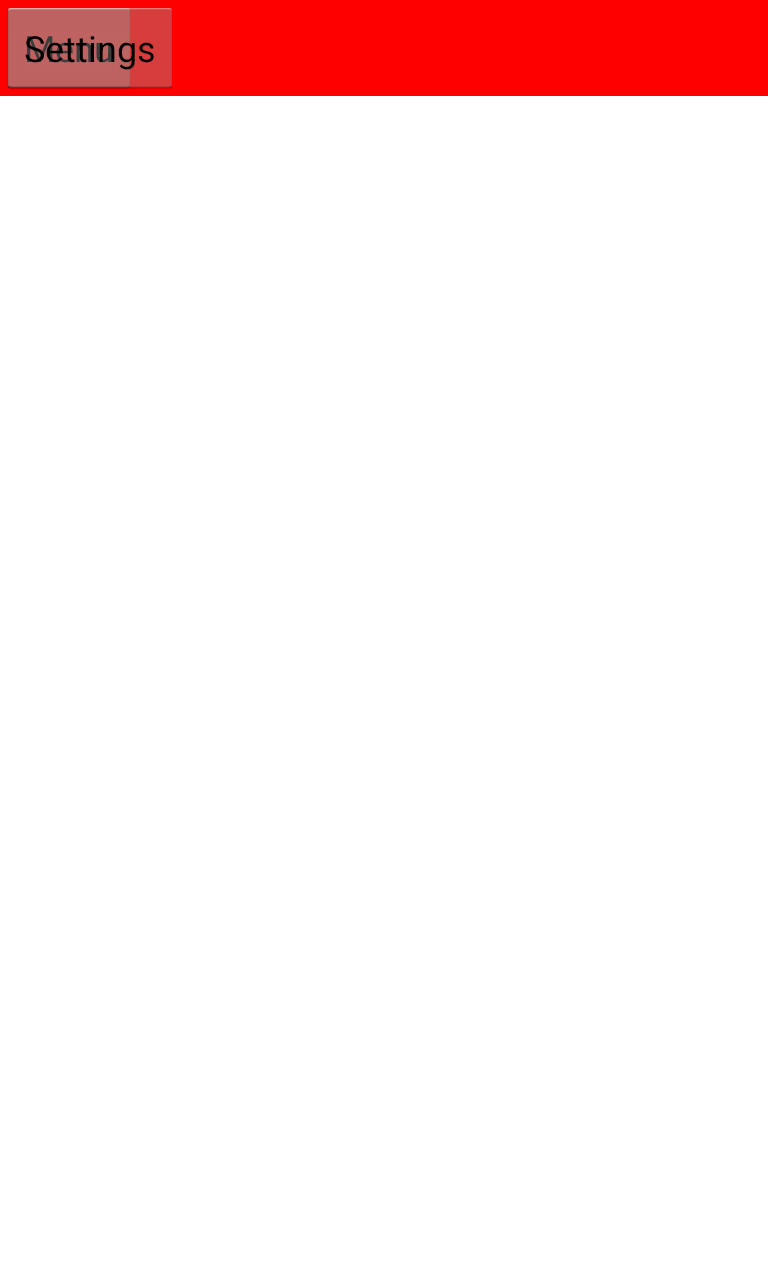
Repository: sbobra/women-startupweekend-sf
Layout: LaundryList/res/layout/activity_explore.xml
An editor plug-in stored every save of this project. The layout is shown before and after a run of saves, followed by the edit.
It is drawn on a 768 x 1280 px phone screen (xhdpi) without system bars, with theme AppTheme; the app's code is not run. Lists and similar views that code fills are empty.

Above is the layout before, as saved 2013-09-15 03:21:24.

After the next 2 saves:
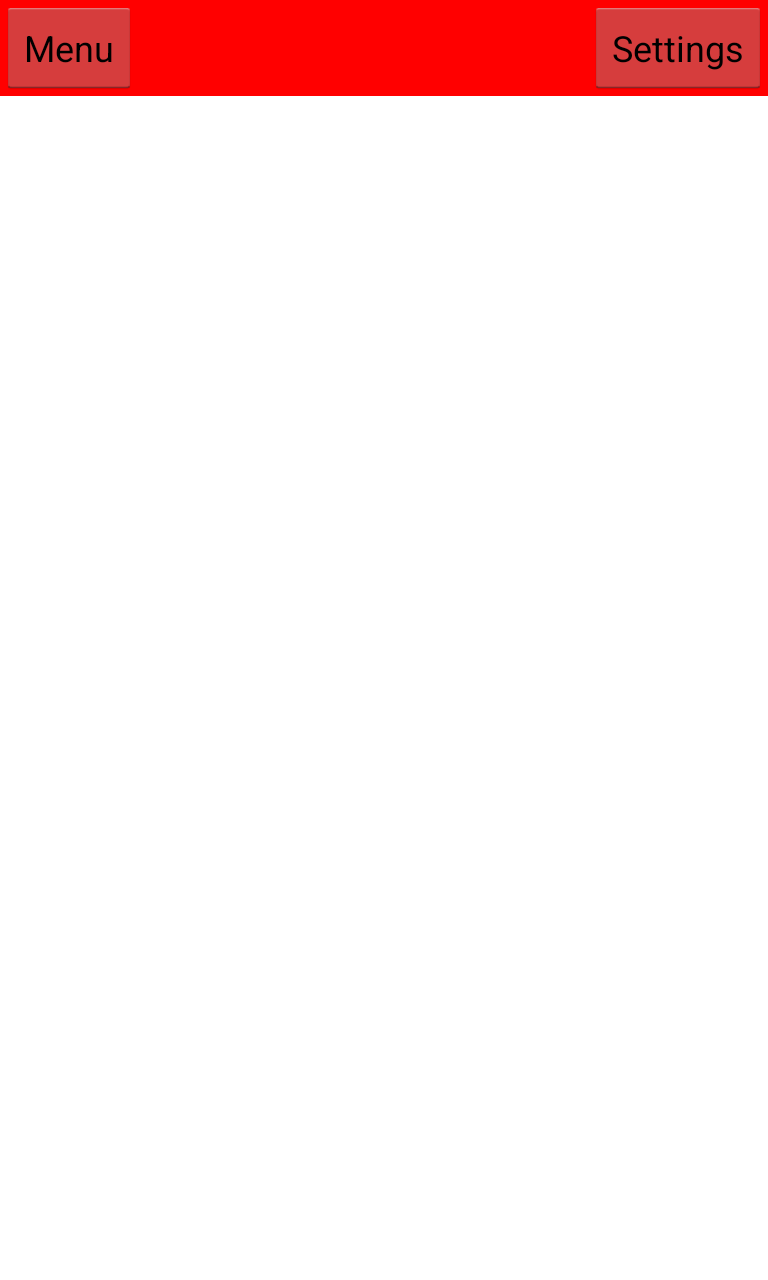
The 2 saves are shown as one change because 1 did not build or start.
The last was saved 34 s later.
--- a/LaundryList/res/layout/activity_explore.xml
+++ b/LaundryList/res/layout/activity_explore.xml
@@ -34,7 +34,7 @@
             android:id="@+id/settingsButton"
             android:layout_width="wrap_content"
             android:layout_height="wrap_content"
-            android:layout_alignRight=""
+            android:layout_alignParentRight="true"
             android:text="Settings" />
     </RelativeLayout>
 
